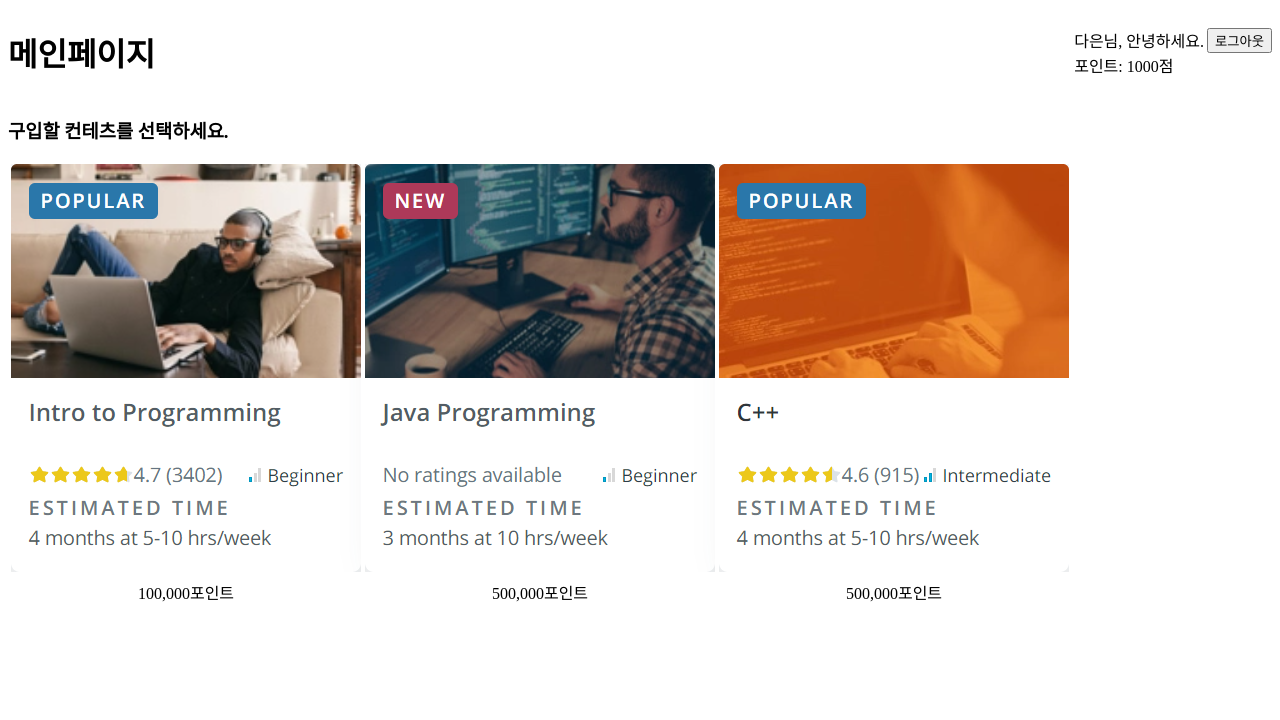
Repository: euniiee/test11
Page: http://localhost/Project/main.jsp
The author's editor kept a copy of each file at every save. The page is drawn from the files as they stood at one save, then again after the next save.
The browser window is 1280 px wide. The pictures show the whole page.
The page is served by Tomcat 9. Other server files are loaded and not shown.

Above is the page before, as saved 2023-02-01 02:29:19.

### Project/WebContent/main.jsp
<%@ page language="java" contentType="text/html; charset=UTF-8"
    pageEncoding="UTF-8"%>
<!DOCTYPE html>
<html>
<head>
<meta charset="UTF-8">
<title>Insert title here</title>
</head>
<body>
<div>
	<header style="display:flex; justify-content: space-between;">
		<h1>메인페이지</h1>
		<div style="margin: auto 0;">
			<div style="display:flex;">
				<div style="margin-right:3px">다은님, 안녕하세요. </div>
				<input type="submit" value="로그아웃">
			</div>
			<div>포인트: 1000점 </div>
		</div>
	</header>
	<h3>구입할 컨테츠를 선택하세요.</h3>
	<table>
		<tr>
			<td><img src="Intro_350_408.png"></td>
			<td><img src="Java_350_408.png"></td>
			<td><img src="Cpp_350_408.png"></td>
		</tr>
		<tr style="text-align: center;">
			<td>100,000포인트</td>
			<td>500,000포인트</td>
			<td>500,000포인트</td>
		</tr>
	</table>
</div>
</body>
</html>

After the next save:
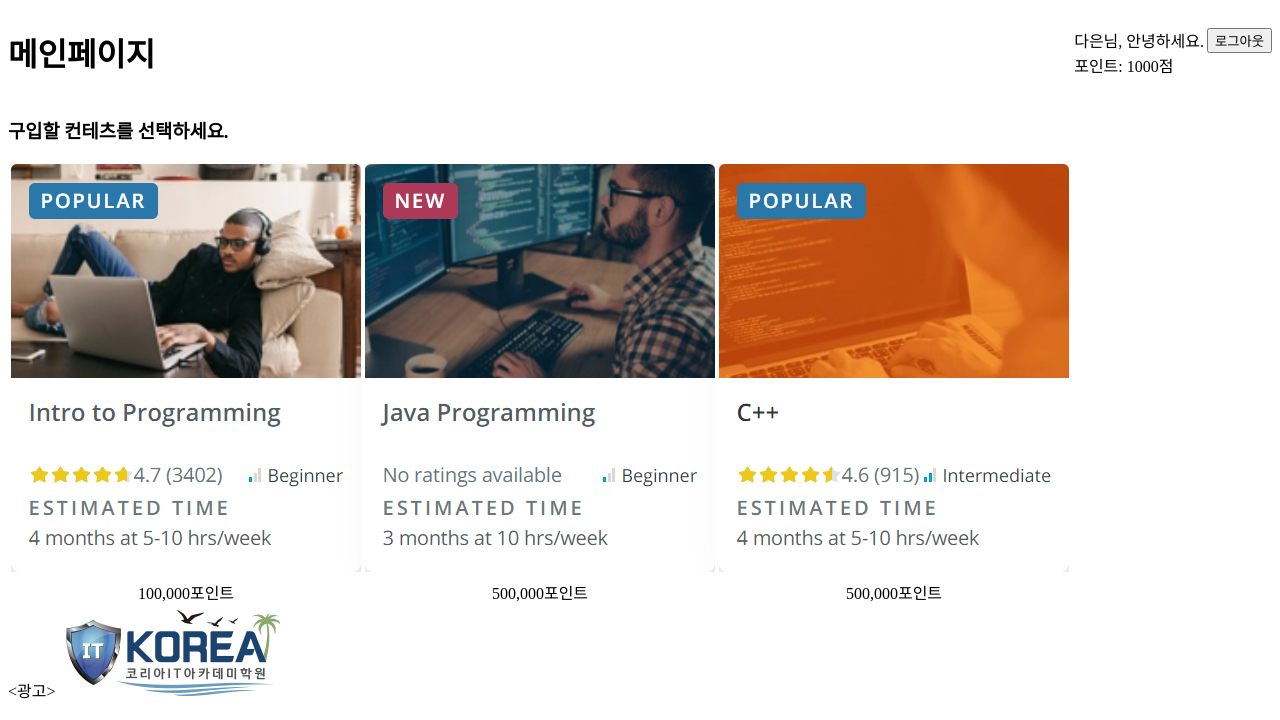
Saved 72 s later.
--- a/Project/WebContent/main.jsp
+++ b/Project/WebContent/main.jsp
@@ -31,6 +31,12 @@
 			<td>500,000포인트</td>
 		</tr>
 	</table>
+	<footer>
+		<div>
+			<span><광고></span>
+			<img src="korea_it.png">
+		</div>
+	</footer>
 </div>
 </body>
 </html>
